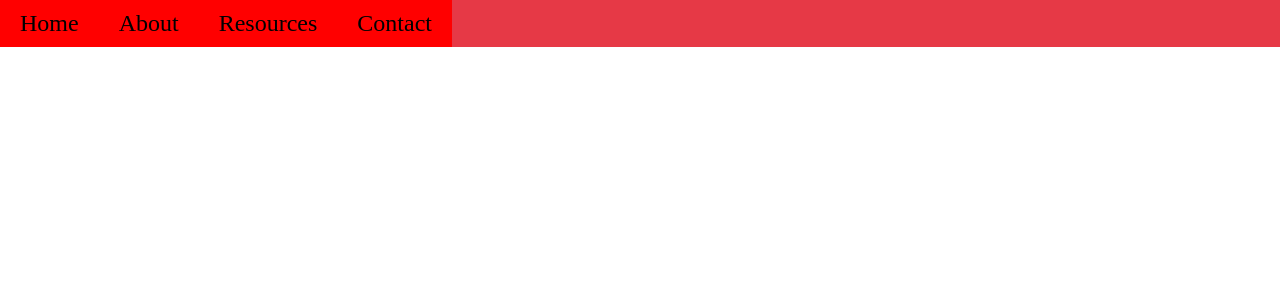
Repository: rdass1/COM421-FinalProject
Page: Website/index.html
An editor plug-in stored every save of this project. The page is shown before and after the next save, followed by the edit.
The browser window is 1280 px wide. The pictures show the whole page.

Above is the page before, as saved 2021-05-11 22:52:01.

### Website/index.html
<!DOCTYPE html>
<html>
    <head>
        <meta charset="UTF-8">
        <meta name="description" content="Take It To the Streets is a non-profit organization that helps people find information on how to fight their tickets. ">
        <meta name="author" content="Group 2">
        <meta name="viewport" content="width=device-width, initial-scale=1.0">
        <link rel="stylesheet" type="text/css" href="css/index.css">
        <title>Take It To The Streets</title>
    </head>
    <body>
        <header>
            <div id = "navbar">
                <nav>
                    <ul>
                        <li>Home</li>
                        <li>About</li>
                        <li>Resources</li>
                        <li>Contact</li>
                    </ul>

                </nav>
            </div>
        </header>

    </body>
</html>

### Website/css/index.css
body{
    margin:0px;
}

header{
    background-color: #e63946;
    width: 100%;
    height: 80%;
    display: flex;
    justify-content: flex-start;
    margin: 0px;
    padding: 0px;

}

#navbar nav{



}

#navbar ul{
    margin: 0px;
    padding: 0px;
    overflow: hidden;
    list-style: none;
}

#navbar li{
    margin: 0px;
    padding: 10px 20px 10px 20px;
    font-size: 1.5rem;
    background-color:red;
    float:left;

}

After the next save:
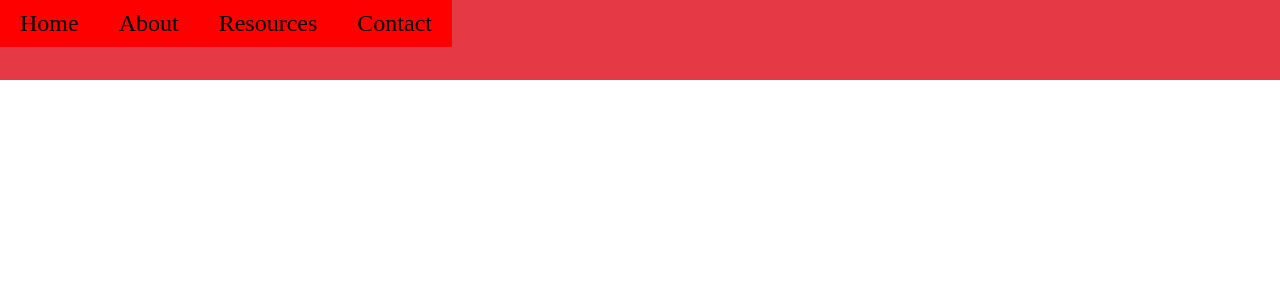
Saved 4 s later.
--- a/Website/css/index.css
+++ b/Website/css/index.css
@@ -5,7 +5,7 @@ body{
 header{
     background-color: #e63946;
     width: 100%;
-    height: 80%;
+    height: 80px;
     display: flex;
     justify-content: flex-start;
     margin: 0px;
